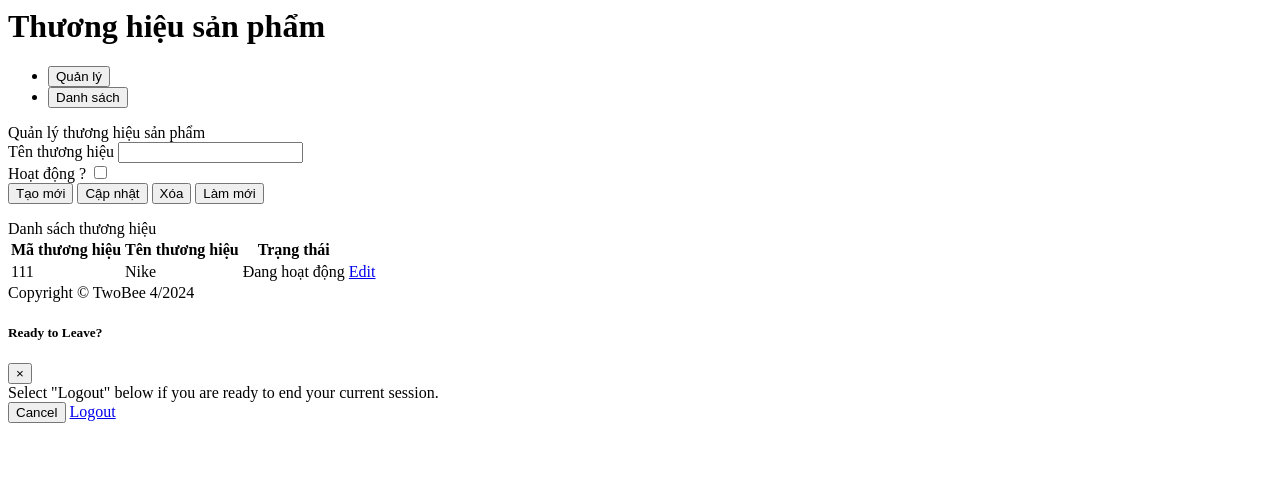
Repository: tuandh111/Java-6-asm
Page: Front-end/Java6_asm_/templates/admin/brands.html
An editor plug-in stored every save of this project. The page is shown before and after the next save, followed by the edit.
The browser window is 1280 px wide. The pictures show the whole page.

Above is the page before, as saved 2024-03-31 11:11:22.

### Front-end/Java6_asm_/templates/admin/brands.html
<!-- Page Wrapper -->
<div id="wrapper">

    <!-- Sidebar -->
    <ul class="navbar-nav bg-gradient-primary sidebar sidebar-dark accordion" id="accordionSidebar"
        ng-include="'component/admin/sidebar.html'">
    </ul>
    <!-- End of Sidebar -->

    <!-- Content Wrapper -->
    <div id="content-wrapper" class="d-flex flex-column">

        <!-- Main Content -->
        <div id="content">

            <!-- Topbar -->
            <nav class="navbar navbar-expand navbar-light bg-white topbar mb-4 static-top shadow"
                ng-include="'component/admin/content-nav.html'">
            </nav>
            <!-- End of Topbar -->

            <!-- Begin Page Content -->
            <div class="container-fluid">

                <!-- Page Heading -->
                <div class="d-sm-flex align-items-center justify-content-between mb-4">
                    <h1 class="h3 mb-0 text-gray-800">Thương hiệu sản phẩm</h1>
                </div>

                <div class="row mt-5">
                    <ul class="nav nav-tabs" id="manageBrands" role="tablist">
                        <li class="nav-item" role="presentation">
                            <button class="nav-link active" id="form-tab" data-bs-toggle="tab"
                                data-bs-target="#form-tab-pane-manage-brands" type="button" role="tab"
                                aria-controls="form-tab-pane-manage-brands" aria-selected="true">
                                <i class="bi bi-pencil-square"></i> Quản lý
                            </button>
                        </li>
                        <li class="nav-item" role="presentation">
                            <button class="nav-link" id="list-tab" data-bs-toggle="tab" data-bs-target="#list-tab-pane"
                                role="tab" aria-controls="list-tab-pane" aria-selected="false">
                                <i class="bi bi-list-check"></i> Danh sách
                            </button>
                        </li>
                    </ul>
                    <div class="tab-content" id="manageBrandsTabContent">
                        <div class="tab-pane fade show active" id="form-tab-pane-manage-brands" role="tabpanel"
                            aria-labelledby="form-tab" tabindex="0">
                            <div class="card">
                                <div class="card-header align-items-center text-center text-white bg-gradient-primary">
                                    Quản lý thương hiệu sản phẩm
                                </div>
                                <div class="card-body text-center">
                                    <c:url var="url" value="/admin"></c:url>
                                    <form action="#">
                                        <div class="row">
                                            <div class="col-lg-6">
                                                <div class="form-outline mb-3">
                                                    <label class="form-label" for="manageBrandsModalBrandsName">Tên
                                                        thương
                                                        hiệu</label>
                                                    <input type="text" id="manageBrandsModalBrandsName"
                                                        ng-model="nameBrand" ng-value="" class="form-control" required>
                                                </div>
                                                <div class="form-outline mb-3">
                                                    <label class="form-label" for="manageBrandsModalBrandsIsActive">Hoạt
                                                        động ?</label>
                                                    <input type="checkbox" id="manageBrandsModalBrandsIsActive"
                                                        ng-model="isActive" ng-value="" class="form-control">
                                                </div>
                                                <!-- <input type="checkbox"> Hoạt động ? -->
                                            </div>
                                            <!-- <div class="col-lg-6">
                                                <div class="form-outline mb-4">
                                                    <label class="form-label" for="manageBrandsModalIsActive">Hoạt động
                                                        ?</label>
                                                    <input type="checkbox" id="manageBrandsModalIsActive"
                                                        class="form-control" ng-model="isActive" ng-value=""
                                                        class="form-control">
                                                </div>
                                            </div> -->
                                        </div>
                                        <div class="d-flex justify-content-end">
                                            <button formaction="${url}/create" class="btn btn-primary m-2">Tạo
                                                mới</button>
                                            <button formaction="${url}/update" class="btn btn-primary m-2">Cập
                                                nhật</button>
                                            <button formaction="${url}/delete" class="btn btn-primary m-2">Xóa</button>
                                            <button formaction="${url}/editor-user" class="btn btn-primary m-2">Làm
                                                mới</button>
                                        </div>
                                    </form>
                                </div>
                            </div>
                        </div>
                        <div class="tab-pane fade" id="list-tab-pane" role="tabpanel" aria-labelledby="list-tab"
                            tabindex="0">
                            <div class="card">
                                <div class="card-header align-items-center text-center text-white bg-gradient-primary">
                                    Danh sách thương hiệu</div>
                                <div class="table-responsive">
                                    <table class="table table-striped table-hover">
                                        <thead>
                                            <tr>
                                                <th>Mã thương hiệu</th>
                                                <th>Tên thương hiệu</th>
                                                <th>Trạng thái</th>
                                                <th></th>
                                            </tr>
                                        </thead>
                                        <tbody>
                                            <tr>
                                                <td>111</td>
                                                <td>Nike</td>
                                                <td>Đang hoạt động</td>
                                                <td><a href="${url}/edit/${item.idUs}" class="text-info"> Edit </a>
                                                </td>
                                            </tr>
                                        </tbody>
                                    </table>
                                </div>
                            </div>
                        </div>
                    </div>
                </div>

            </div>
            <!-- /.container-fluid -->

        </div>
        <!-- End of Main Content -->

        <!-- Footer -->
        <footer class="sticky-footer bg-white">
            <div class="container my-auto">
                <div class="copyright text-center my-auto">
                    <span>Copyright &copy; TwoBee 4/2024</span>
                </div>
            </div>
        </footer>
        <!-- End of Footer -->

    </div>
    <!-- End of Content Wrapper -->

</div>
<!-- End of Page Wrapper -->

<!-- Scroll to Top Button-->
<a class="scroll-to-top rounded" href="#page-top">
    <i class="fas fa-angle-up"></i>
</a>

<!-- Logout Modal-->
<div class="modal fade" id="logoutModal" tabindex="-1" role="dialog" aria-labelledby="exampleModalLabel"
    aria-hidden="true">
    <div class="modal-dialog" role="document">
        <div class="modal-content">
            <div class="modal-header">
                <h5 class="modal-title" id="exampleModalLabel">Ready to Leave?</h5>
                <button class="close" type="button" data-dismiss="modal" aria-label="Close">
                    <span aria-hidden="true">×</span>
                </button>
            </div>
            <div class="modal-body">Select "Logout" below if you are ready to end your current session.</div>
            <div class="modal-footer">
                <button class="btn btn-secondary" type="button" data-dismiss="modal">Cancel</button>
                <a class="btn btn-primary" href="login.html">Logout</a>
            </div>
        </div>
    </div>
</div>

<!-- Bootstrap core JavaScript-->
<script src="../../assets/admin/js/vendor/jquery/jquery.min.js"></script>
<script src="../../assets/admin/js/vendor/bootstrap/js/bootstrap.bundle.min.js"></script>

<!-- Core plugin JavaScript-->
<script src="../../assets/admin/js/vendor/jquery-easing/jquery.easing.min.js"></script>

<!-- Custom scripts for all pages-->
<script src="../../assets/admin/js/sb-admin-2.min.js"></script>

Loaded but not shown: Front-end/Java6_asm_/assets/admin/js/vendor/jquery/jquery.min.js (library); Front-end/Java6_asm_/assets/admin/js/vendor/bootstrap/js/bootstrap.bundle.min.js (library); Front-end/Java6_asm_/assets/admin/js/vendor/jquery-easing/jquery.easing.min.js (common file); Front-end/Java6_asm_/assets/admin/js/sb-admin-2.min.js (common file)

After the next save:
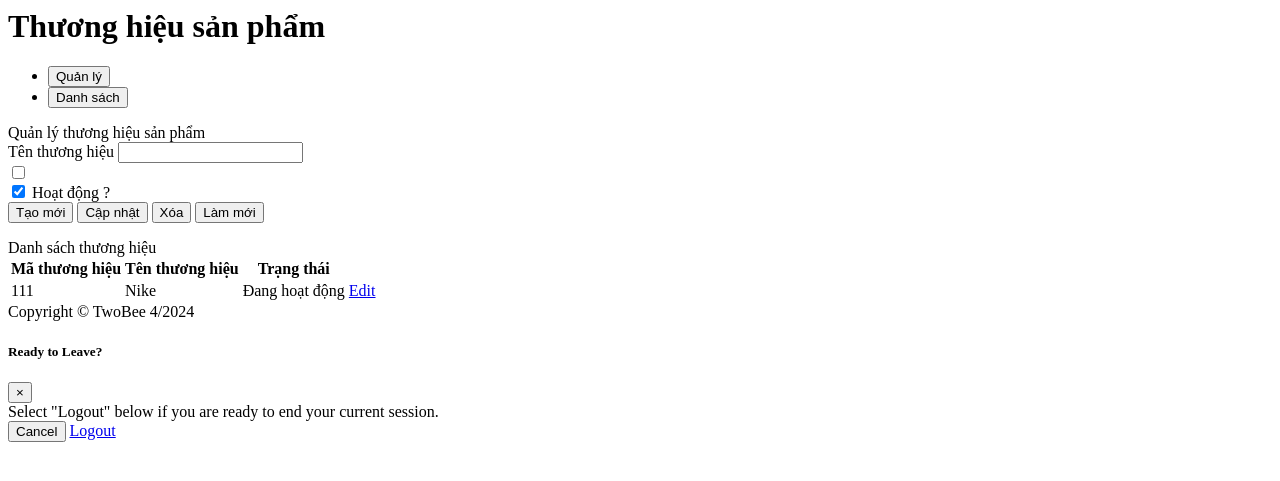
Saved 3 min 51 s later.
--- a/Front-end/Java6_asm_/templates/admin/brands.html
+++ b/Front-end/Java6_asm_/templates/admin/brands.html
@@ -63,10 +63,19 @@
                                                         ng-model="nameBrand" ng-value="" class="form-control" required>
                                                 </div>
                                                 <div class="form-outline mb-3">
-                                                    <label class="form-label" for="manageBrandsModalBrandsIsActive">Hoạt
-                                                        động ?</label>
+                                                    <label class="form-label"
+                                                        for="manageBrandsModalBrandsIsActive"></label>
                                                     <input type="checkbox" id="manageBrandsModalBrandsIsActive"
                                                         ng-model="isActive" ng-value="" class="form-control">
+                                                </div>
+                                                <div class="form-check">
+                                                    <input class="form-check-input" type="checkbox" value=""
+                                                        id="manageBrandsModalBrandsIsActive" checked>
+                                                    <label class="form-check-label"
+                                                        for="manageBrandsModalBrandsIsActive">
+                                                        Hoạt
+                                                        động ?
+                                                    </label>
                                                 </div>
                                                 <!-- <input type="checkbox"> Hoạt động ? -->
                                             </div>

After the 2 saves that followed:
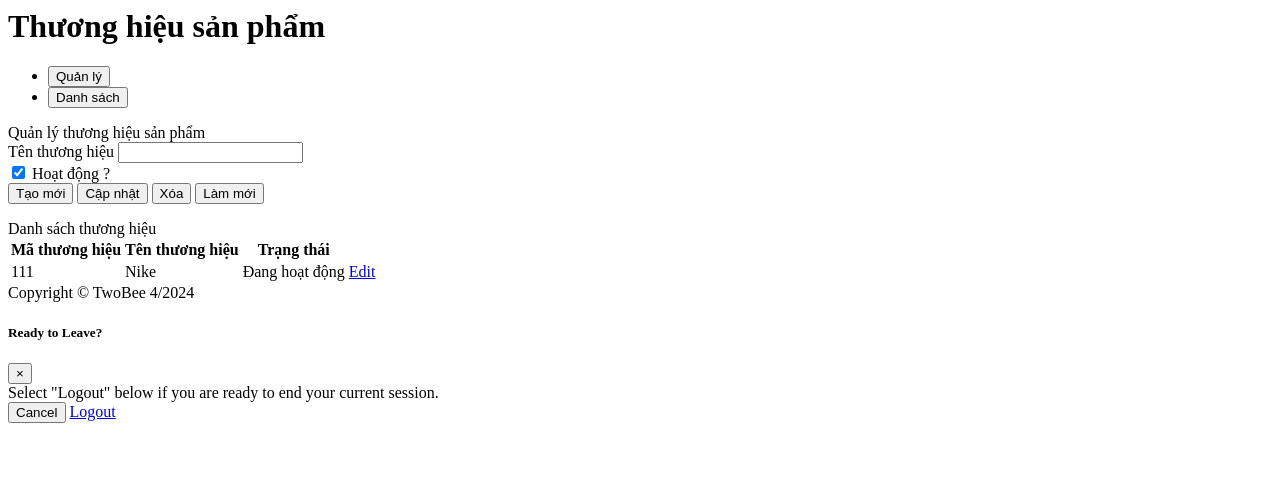
The 2 saves are shown as one change because 1 left the picture as it was.
The last was saved 23 s later.
--- a/Front-end/Java6_asm_/templates/admin/brands.html
+++ b/Front-end/Java6_asm_/templates/admin/brands.html
@@ -62,15 +62,10 @@
                                                     <input type="text" id="manageBrandsModalBrandsName"
                                                         ng-model="nameBrand" ng-value="" class="form-control" required>
                                                 </div>
-                                                <div class="form-outline mb-3">
-                                                    <label class="form-label"
-                                                        for="manageBrandsModalBrandsIsActive"></label>
-                                                    <input type="checkbox" id="manageBrandsModalBrandsIsActive"
-                                                        ng-model="isActive" ng-value="" class="form-control">
-                                                </div>
                                                 <div class="form-check">
                                                     <input class="form-check-input" type="checkbox" value=""
-                                                        id="manageBrandsModalBrandsIsActive" checked>
+                                                        id="manageBrandsModalBrandsIsActive" ng-model="isActive"
+                                                        ng-value="" checked>
                                                     <label class="form-check-label"
                                                         for="manageBrandsModalBrandsIsActive">
                                                         Hoạt
